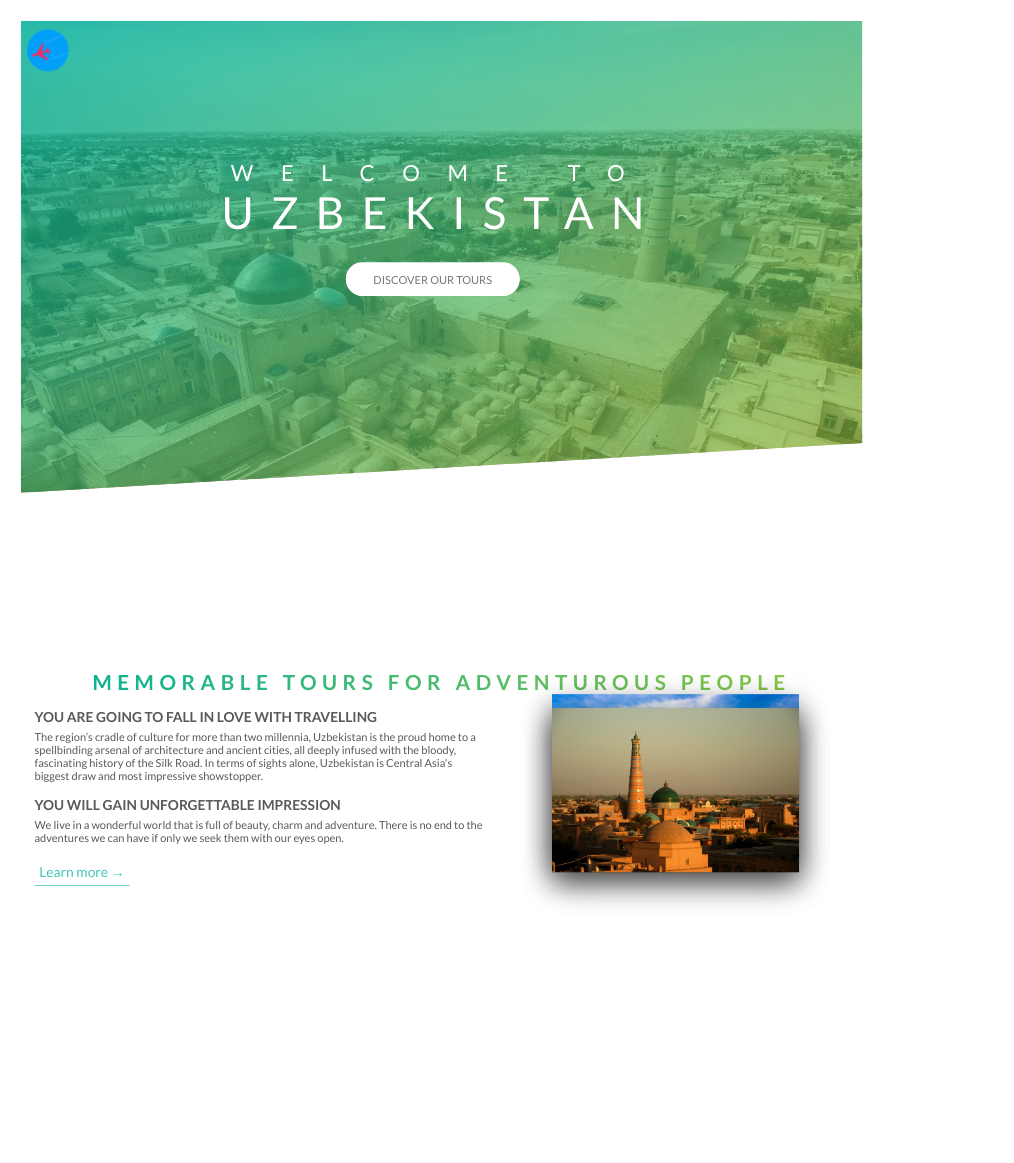
Repository: bmbrdr/UzTours
Page: index.html
An editor plug-in stored every save of this project. The page is shown before and after a run of saves, followed by the edit.
The browser window is 1280 px wide. The page is 1470 px wide, so the pictures cover 1470 px, including what lies to the right of the window. The pictures show the whole page, at 69% of full size.
The style sheet was rebuilt from its Sass, Less or Tailwind sources for each picture, by a compiler version that may differ from the author's.

Above is the page before, as saved 2021-08-09 14:54:29.

### index.html
<!DOCTYPE html>
<html lang="en">
<head>
    <meta charset="UTF-8">
    <meta http-equiv="X-UA-Compatible" content="IE=edge">
    <meta name="viewport" content="width=device-width, initial-scale=1.0">
    <link rel="stylesheet" href="style/style.css">
    <link rel="preconnect" href="https://fonts.googleapis.com">
<link rel="preconnect" href="https://fonts.gstatic.com" crossorigin>
<link href="https://fonts.googleapis.com/css2?family=Lato:ital,wght@0,300;0,400;0,700;1,300;1,400;1,700&        display=swap" rel="stylesheet">
    <title>Uztours</title>
</head>

<body>
    <header class="heading">
    <div class="header__logo-box">
        <a href="index.html">
            <img src="style/logo.png" alt="The logo" class="header__logo" style="animation:cubic-bezier(0.6, 0.04, 0.98, 0.335);">
        </a>
    </div>
    <div class="header__text-box">
        <h1 class="heading-primary">
        <span class="heading-primary--main">Welcome to</span>
        <span class="heading-primary--sub">Uzbekistan</span>
        </h1>
        <a href="#" class="btn btn--white btn--animated pos-btn">Discover our tours </a>
    </div>
    </header>
    <section class="section-about">
        <div class="u-text-center u-text-up">
            <h2 class="heading-secondary">
                memorable tours for adventurous people
            </h2>
        </div>
        <div class="row">
            <div class="col-1-of-2">
                <h3 class="heading-tertiary u-text-up u-margin-bot-small">you are going to fall in love with travelling</h3>
                <p class="paragraph u-margin-bot-mid">The region’s cradle of culture for more than two millennia, Uzbekistan is the proud home to a spellbinding arsenal of architecture and ancient cities, all deeply infused with the bloody, fascinating history of the Silk Road. In terms of sights alone, Uzbekistan is Central Asia's biggest draw and most impressive showstopper.</p>
                <h3 class="heading-tertiary u-text-up u-margin-bot-small">you will gain unforgettable impression</h3>
                <p class="paragraph u-margin-bot-mid">We live in a wonderful world that is full of beauty, charm and adventure. There is no end to the adventures we can have if only we seek them with our eyes open.</p>
                <a href="#" class="btn-text u-text-size">Learn more &rarr;</a>
            </div>
            <div class="col-1-of-2">
                <div class="composition">
                    <img src="style/Amir-Temur-Mosque.jpg" alt="" class="composition__photo composition__photo--1">
                    <img src="style/Samarkand-Walls.jpg" alt="" class="composition__photo composition__photo--2">
                    <img src="style/photo.jpg" alt="" class="composition__photo composition__photo--3">
                </div>

            </div>
        </div>
    </section>













   <!-- <section class="test-grid, u-text-about">
        <div class="row">
            <div class="col-1-of-2">Colum 1</div>
            <div class="col-1-of-2">Colum 1</div>
        </div>
        <div class="row">
            <div class="col-1-of-3">Colum 2</div>
            <div class="col-1-of-3">Colum 2</div>
            <div class="col-1-of-3">Colum 2</div>
        </div>
        <div class="row">
            <div class="col-1-of-3">Colum 3</div>
            <div class="col-2-of-3">Colum 3</div>
        </div>
        <div class="row">
            <div class="col-1-of-4">Colum 4</div>
            <div class="col-1-of-4">Colum 4</div>
            <div class="col-1-of-4">Colum 4</div>
            <div class="col-1-of-4">Colum 4</div>
        </div>
        <div class="row">
            <div class="col-1-of-4">Colum 5</div>
            <div class="col-1-of-4">Colum 5</div>
            <div class="col-2-of-4">Colum 5</div>
        </div>
        <div class="row">
            <div class="col-1-of-4">Colum 6</div>
            <div class="col-3-of-4">Colum 6</div>
        </div>
    </section> -->
</body>
</html>

### style/style.scss

@import 'abstracts/variables';
@import 'abstracts/mixins';
@import 'abstracts/functions';
@import 'abstracts/extends';

@import 'base/base';
@import 'base/typography';
@import 'base/animations';
@import 'base/utility';

@import 'layout/header';
@import 'layout/grid';

@import 'components/buttons';
@import 'components/images';

@import 'pages/page';

@import 'utility/utility';

### style/abstracts/_variables.scss
$color-primary: #fefaa9;
$color-primary-light: #00b09bbe;
$color-primary-dark: #96c93dc0;
$color-white: #fff;
$color-sunset-gray: #fff;
$color-dark-grey: #777;
$color-black: #000;
$color-orange: rgb(252, 155, 28);
$grid-width: 144rem;
$vertical-gutter:8rem;
$horizontal-gutter:6rem;

### style/abstracts/_mixins.scss
@mixin clearfix {
    &::after{
        content: "";
        clear: both;
        display: table-co;
    }
}

### style/abstracts/_functions.scss
// some of them

### style/abstracts/_extends.scss
%btn_focus{
    outline: none;
    transform: translateY(-.1rem);
    box-shadow: rgba($color-black, 0.2) 0 0.5rem 1rem;
}
%btn{
    text-decoration: none;
    display: inline-block;
    padding: 1.5rem 4rem;
    border-radius: 10rem;
    text-transform: uppercase;
    transition: all .2s;
    position:absolute;
    top: 15rem;
    left:18rem;
    border: none;
    cursor: pointer;
}

### style/base/_base.scss
*{
    margin: 0;
    padding: 0;
    box-sizing: border-box;}

html{
    font-size: 62.5%;}

body{
    font-family: 'Lato', sans-serif;
    font-size: 1.6rem;
    padding: 3rem;}

### style/base/_typography.scss
.heading-primary{
    &--main {
        display: block;
        font-size: 100%;
        font-weight: 400;
        letter-spacing: 4rem;
        animation: MoveInLeft 2s;
    }
    &--sub {
        display: block;
        font-size: 200%;
        font-weight: 400;
        letter-spacing: 2.5rem;
        animation: MoveInRight 2s;}
}
.heading-secondary{
    letter-spacing: .8rem;
    font-weight: 800;
    font-size: 3rem;
    background-clip: text;
    -webkit-background-clip: text;
    color:transparent;
    background-image:linear-gradient(to right,
    rgba($color-primary-light, 1),
    rgba($color-primary-dark, 1));

    transition:all 1s;

    &:hover{
        transform:skewX(10deg) skewY(2deg) scale(1.5);
       }

}
.heading-tertiary{
    font-weight: 600;
    font-size: 2rem;
}

.heading-tertiary, .paragraph{
    color: #595959;
}

### style/base/_animations.scss
        @keyframes MoveInLeft {
            0% {
                opacity: 0;
                transform: translate(-10rem) rotateX(120deg);
        }

            80%{
                transform: translate(1rem);
            }
            100% {
            opacity: 1;
            transform: translate(0);
        }
        }


        @keyframes MoveInRight {
            0%{
                opacity: 0;
                transform: translate(10rem) rotateX(-120deg);
            }
            80% {
                transform: translate(-1rem);
            }
            100%{
                opacity: 1;
                transform: translate(0);
            }

        }



        @keyframes MoveInBot {
            0%{
                opacity: 0;
                transform: translateY(5rem)
            }
            100%{
                opacity: 1;
                transform: translateY(0);
            }

        }



         @keyframes ForLogo{
            0%{
                transform: rotate(0deg)
                    }
            100%{
                transform: rotate(360deg)
            }
         }

### style/base/_utility.scss
.u-text-center{
    text-align:center;
}
.u-text-up{
    text-transform: uppercase;
}
.u-margin-bot-big{
    margin-bottom: 8rem;
}
.u-margin-bot-mid{
    margin-bottom: 2rem;
}
.u-margin-bot-small{
    margin-bottom: .8rem;
}
.u-text-size{
    font-size: 2rem;
}

### style/layout/_header.scss

.heading{
    height: 95vh;
    background-image:linear-gradient(to right bottom,
    rgba($color-primary-light, 0.8),
    rgba($color-primary-dark, 0.6)),
     url(background.jpg);
    background-size: cover;
    background-position: top;
    clip-path: polygon(0 0, 100% 0, 100% 85vh, 0 100%);

    &-primary {
        text-transform: uppercase;
        color: $color-white; }}

    .header{

    &__text-box {
            position: absolute;
            top: 40%;
            left: 50%;
            transform: translate(-50%, -50%);
            text-align: center}

    &__logo-box {
        position: absolute;
        top: 4rem;
        left: 4rem;
        animation: ForLogo 1.5s infinite;}

    &__logo {
        height: 6rem;
        width: 6rem;}}

### style/layout/_grid.scss
.row{
    width: $grid-width;
    // background-color: #eee;
    margin: 0 auto;

   &:not(:last-child){
     margin-bottom: $vertical-gutter;

    }
    @include clearfix;}



  [class^=col-]{
    float:left;
    // background-color: $color-orange;
    padding: 2rem;
    &:not(:last-child){
      margin-right: $horizontal-gutter;
    }

  }
  .col-1-of-2{
    width: calc( (100% - #{$horizontal-gutter}) / 2);
  }
  .col-1-of-3{
    width: calc( (100% - 2 * #{$horizontal-gutter}) / 3);
  }
  .col-2-of-3{
    width: calc(2 * ( (100% - 2 * #{$horizontal-gutter}) / 3) + #{$horizontal-gutter});
  }
  .col-1-of-4{
    width: calc( (100% - 3 * #{$horizontal-gutter}) / 4);
  }
  .col-2-of-4{
    width: calc(2 * ( (100% - 3 * #{$horizontal-gutter}) / 4) + #{$horizontal-gutter});
    }
  .col-3-of-4{
    width: calc(3 * ( (100% - 3 * #{$horizontal-gutter}) / 4) + 2 * #{$horizontal-gutter});
  }

### style/components/_buttons.scss
.btn{
    &:link, &:visited{
        text-decoration: none;
        display: inline-block;
        padding: 1.5rem 4rem;
        border-radius: 10rem;
        text-transform: uppercase;
        transition: all .2s;
        position:absolute;
        top: 15rem;
        left:18rem;
        border: none;
        cursor: pointer;
    }

    &--animated {
    animation: MoveInBot .5s ease-out .75s;
    animation-fill-mode: backwards; }

    &--white {
    color: #777;
    background-color: $color-white;

    &::after {
        background-color: $color-white; }}




  &:hover {
    transform: translateY(-.3rem);
    box-shadow: rgba($color-black, 0.2) 0 1rem 2rem;

    &::after {
        transform: scaleX(1.4) scaleY(1.6);
        opacity: 0; }}


  &:active, &:focus {
      outline: none;
      transform: translateY(-.1rem);
      box-shadow: rgba($color-black, 0.2) 0 0.5rem 1rem;
     }

  &::after {
    content: "";
    height: 100%;
    width: 100%;
    border-radius: 10rem;
    display: inline-block;
    position: absolute;
    top: 0;
    left: 0;
    z-index: -1;
    transition: all .4s; }
  }

.btn-text{
   &:link, &:visited{
    position: absolute; // Warning!! If you forget this command, you won't have transform animations! //
     display: inline;
     text-decoration: none;
     color: $color-primary-light;
     padding: .7rem;
     border-bottom: $color-primary-light solid 1px ;
    transition: all .2s;


   }
 &:hover{
   transform: translateY(-3px);
   background-color: $color-primary-light;
   color:$color-white;
   box-shadow: 0 1rem 2rem rgba(0, 0, 0, 0.2);
 }
&:focus{
  transform: translateY(0);
  box-shadow:  0 .5rem 1rem rgba(0, 0, 0, 0.2);
}
}

### style/components/_images.scss
.composition {
    position: relative;

    &__photo {
      width: 55%;
      box-shadow: 0 1.5rem 4rem rgba(0, 0, 0, 0.4);
      z-index: 10;
      position: absolute;
      outline-offset: 1.2rem;
      transition: all .2s;

    &--1{
      left:0;
      top:-2rem;
    }}
    }

### style/pages/_page.scss
.section-about{
    margin: 25rem auto;
    background-color: $color-sunset-gray;
    padding: 40rem 0;
    margin-top: -20vh;
}

### style/utility/_utility.scss
.u-text-about{
    text-align: center;
}

After the next 2 saves:
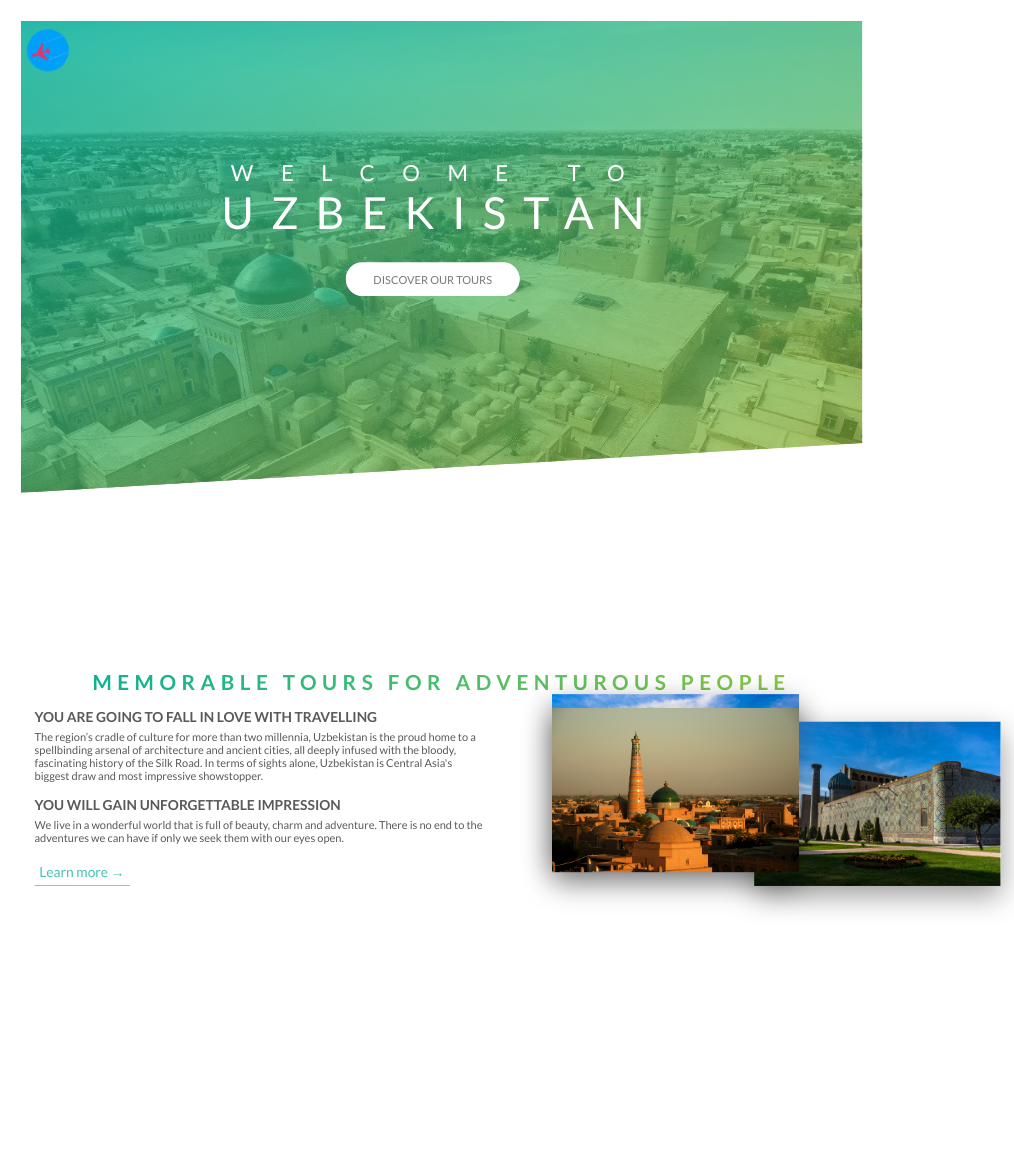
The 2 saves are shown as one change because they came seconds apart.
The last was saved 39 s later.
--- a/style/components/_images.scss
+++ b/style/components/_images.scss
@@ -12,5 +12,11 @@
     &--1{
       left:0;
       top:-2rem;
-    }}
     }
+
+    &--2{
+      right: 0;
+      top: 2rem;
+    }
+  }
+    }
